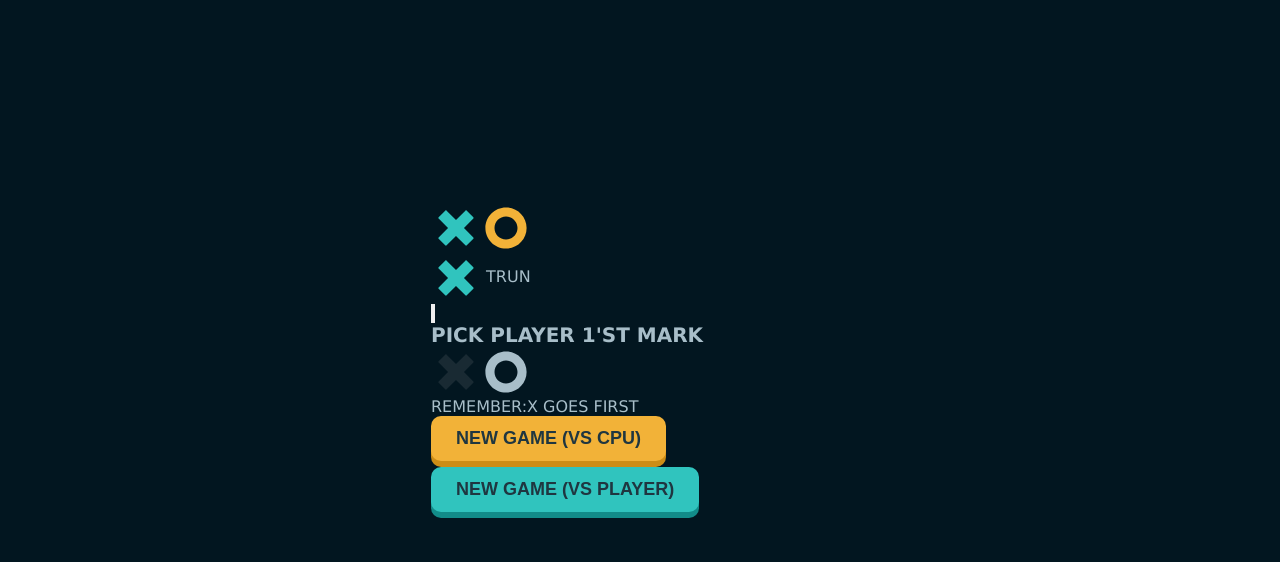
Repository: SD-Mdouka/XO_GAME
Page: /, after clicking the first element matching `button.btn`
These files come from the project's save history. The page is drawn as it stood at one moment and after the next save; the edit follows.
The browser window is 1280 px wide. The pictures show the whole page.
The project was rebuilt for these pictures with package versions that can differ from the ones it lists, and the page was loaded fresh each time. Also part of the build but not shown: src/component/start/Start.js.

Above is the page before, as saved 2022-08-29 15:37:01.

After the next save:
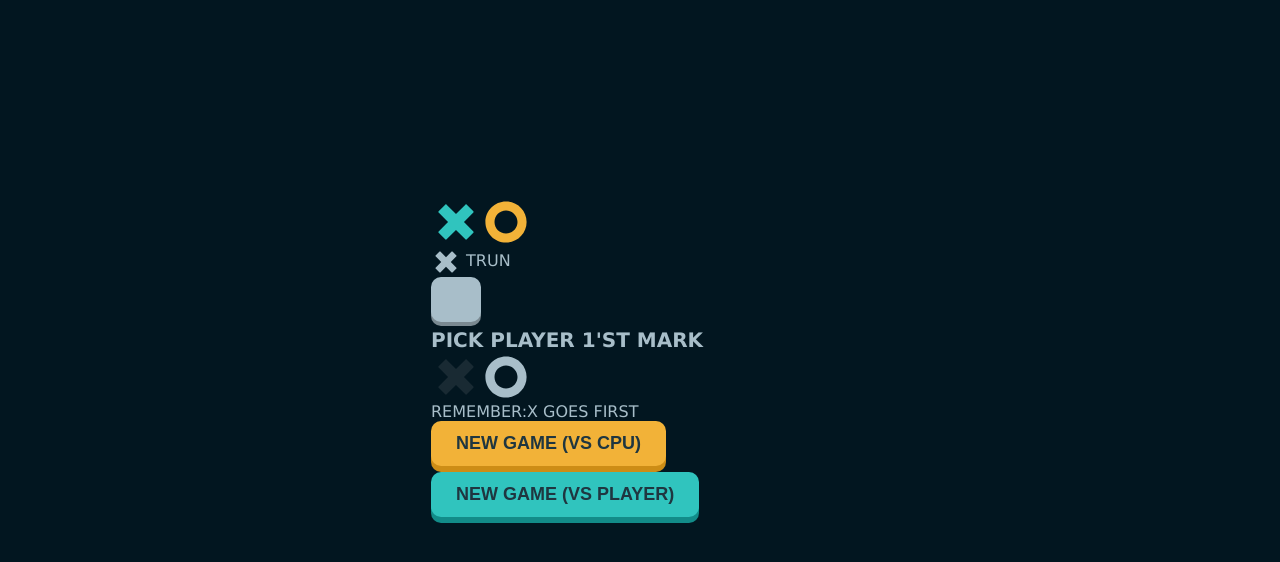
Saved 115 s later.
--- a/src/component/board/Board.js
+++ b/src/component/board/Board.js
@@ -12,10 +12,10 @@ const Board = () => {
           <Oicons />
         </div>
         <div className="board__turn">
-          <Xicons /> trun
+          <Xicons color={"ligth"} size="sm" /> trun
         </div>
         <div>
-          <button>
+          <button className="btn btn-sm board__restart">
             <Refrsh />
           </button>
         </div>
